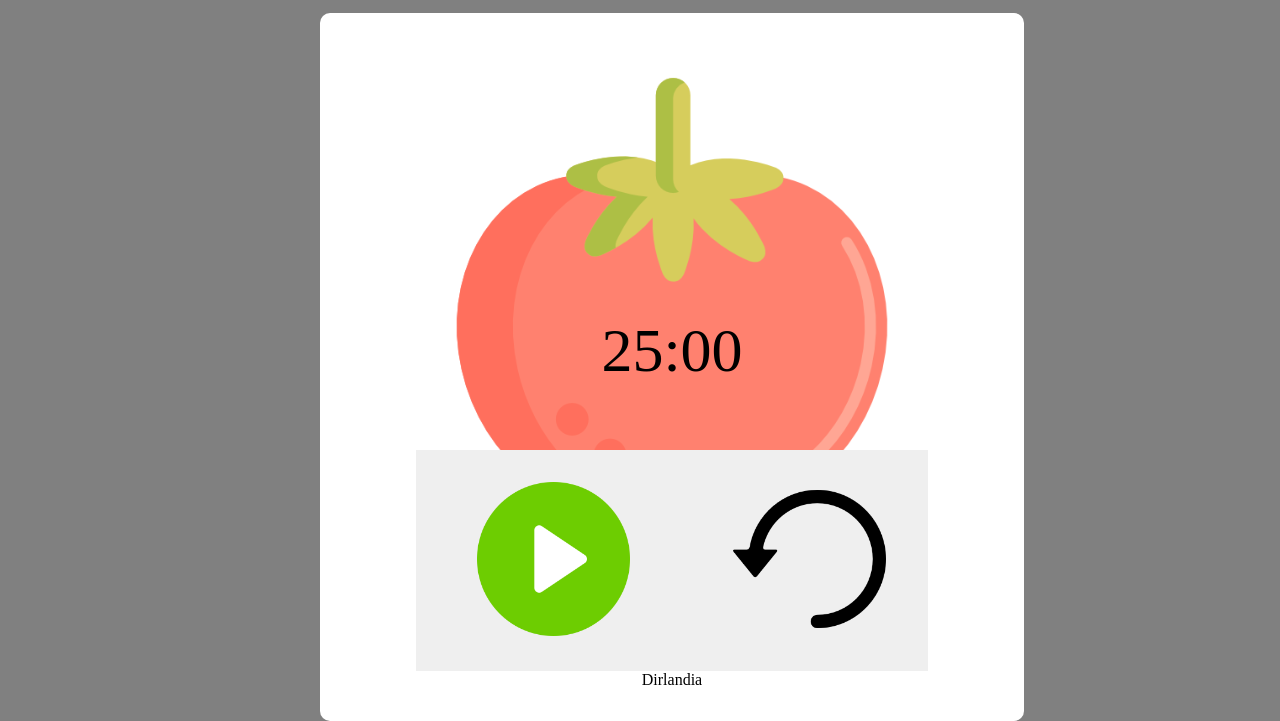
Repository: Dirlandia404/pomodoro
Page: /
The author's editor kept a copy of each file at every save. The page is drawn from the files as they stood at one save, then again after the next save.
The browser window is 1280 px wide. The pictures show the whole page.
The project was rebuilt for these pictures with package versions that can differ from the ones it lists, and the page was loaded fresh each time.

Above is the page before, as saved 2021-11-25 10:51:16.

After the next save:
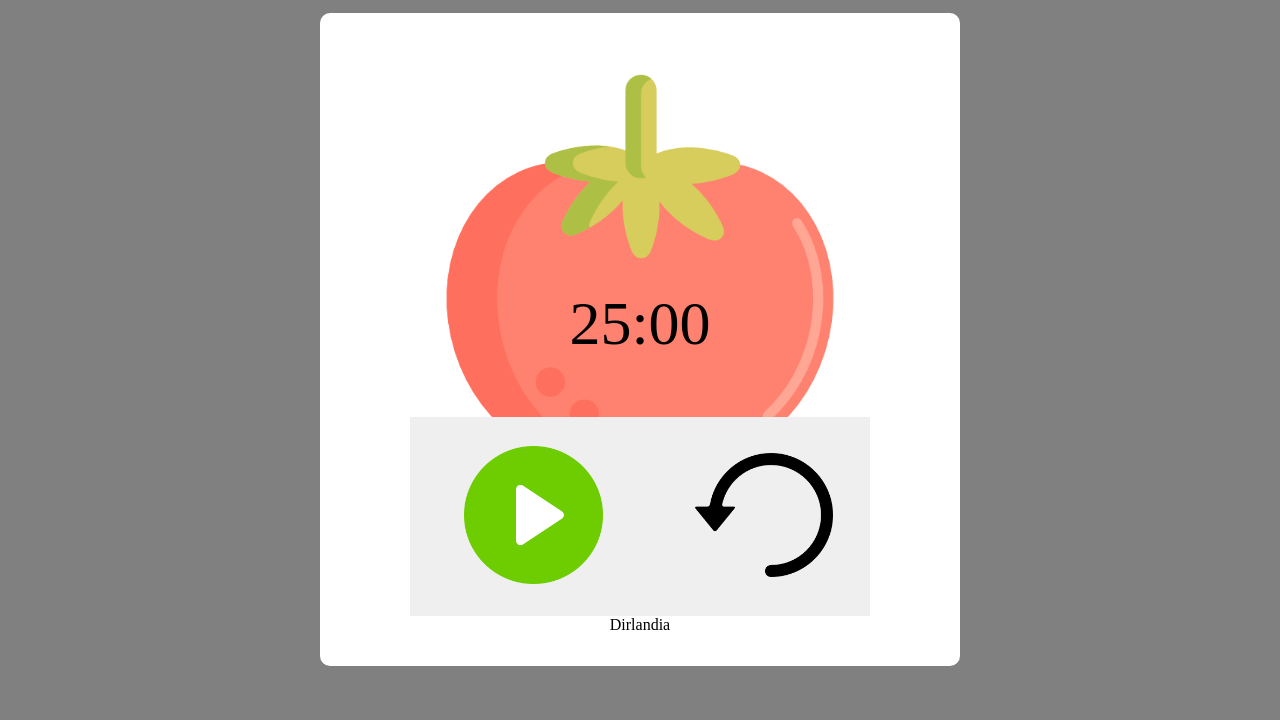
Saved 20 s later.
--- a/src/componentes/componente.css
+++ b/src/componentes/componente.css
@@ -17,6 +17,7 @@
     min-width: 375px;
     max-width: 50%;
     margin-left: 25vw;
+    margin-right: 25vw;
 
     justify-content: center;
 

After the save that followed:
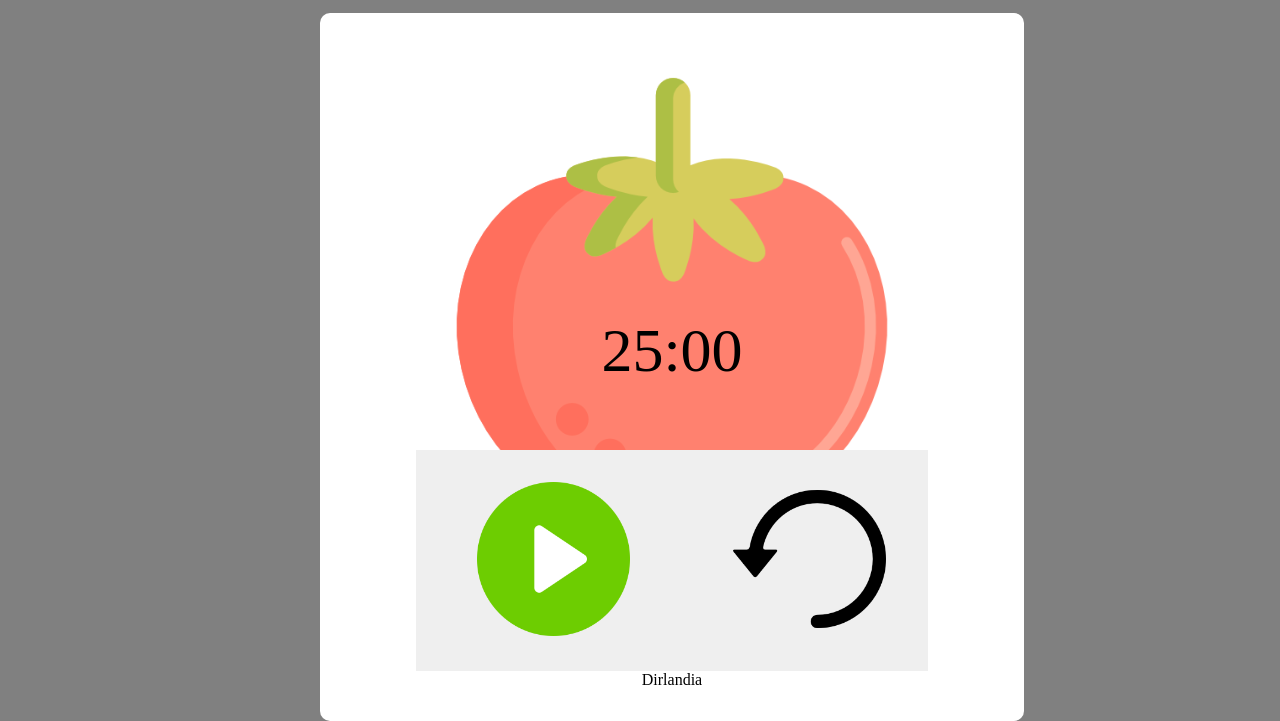
Saved 20 s later.
--- a/src/componentes/componente.css
+++ b/src/componentes/componente.css
@@ -17,7 +17,7 @@
     min-width: 375px;
     max-width: 50%;
     margin-left: 25vw;
-    margin-right: 25vw;
+    margin-right: 15vw;
 
     justify-content: center;
 
